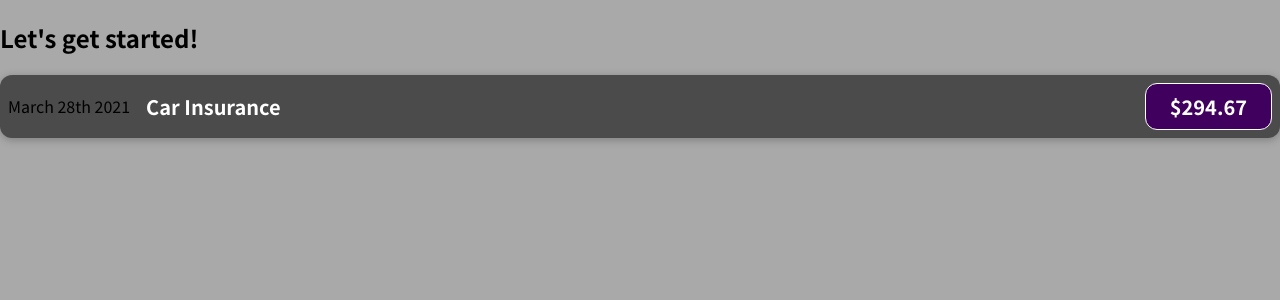
Repository: otvertka/MSC
Page: /
An editor plug-in stored every save of this project. The page is shown before and after the next save, followed by the edit.
The browser window is 1280 px wide. The pictures show the whole page.
The project was rebuilt for these pictures with package versions that can differ from the ones it lists, and the page was loaded fresh each time.

Above is the page before, as saved 2023-06-17 12:57:13.

After the next save:
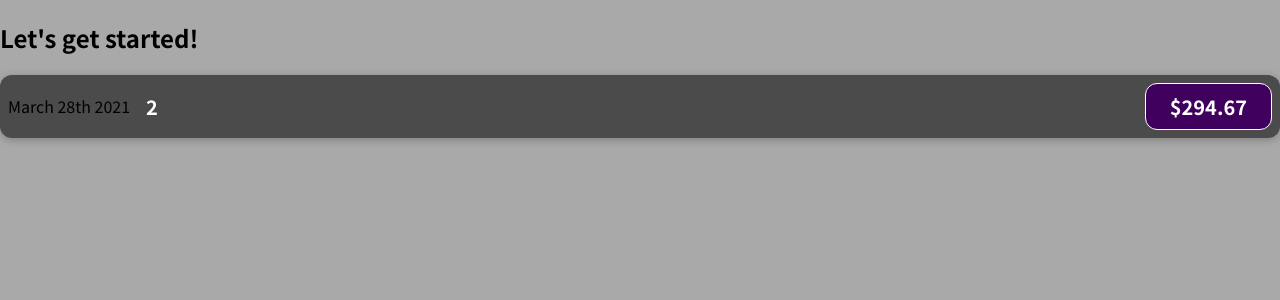
Saved 23 s later.
--- a/src/components/ExpenseItem.js
+++ b/src/components/ExpenseItem.js
@@ -10,7 +10,7 @@ function ExpenseItem() {
     <div className="expense-item">
       <div>March 28th 2021</div>
       <div className="expense-item__description">
-        <h2>Car Insurance</h2>
+        <h2>{1 + 1}</h2>
         <div className="expense-item__price">$294.67</div>
       </div>
     </div>
